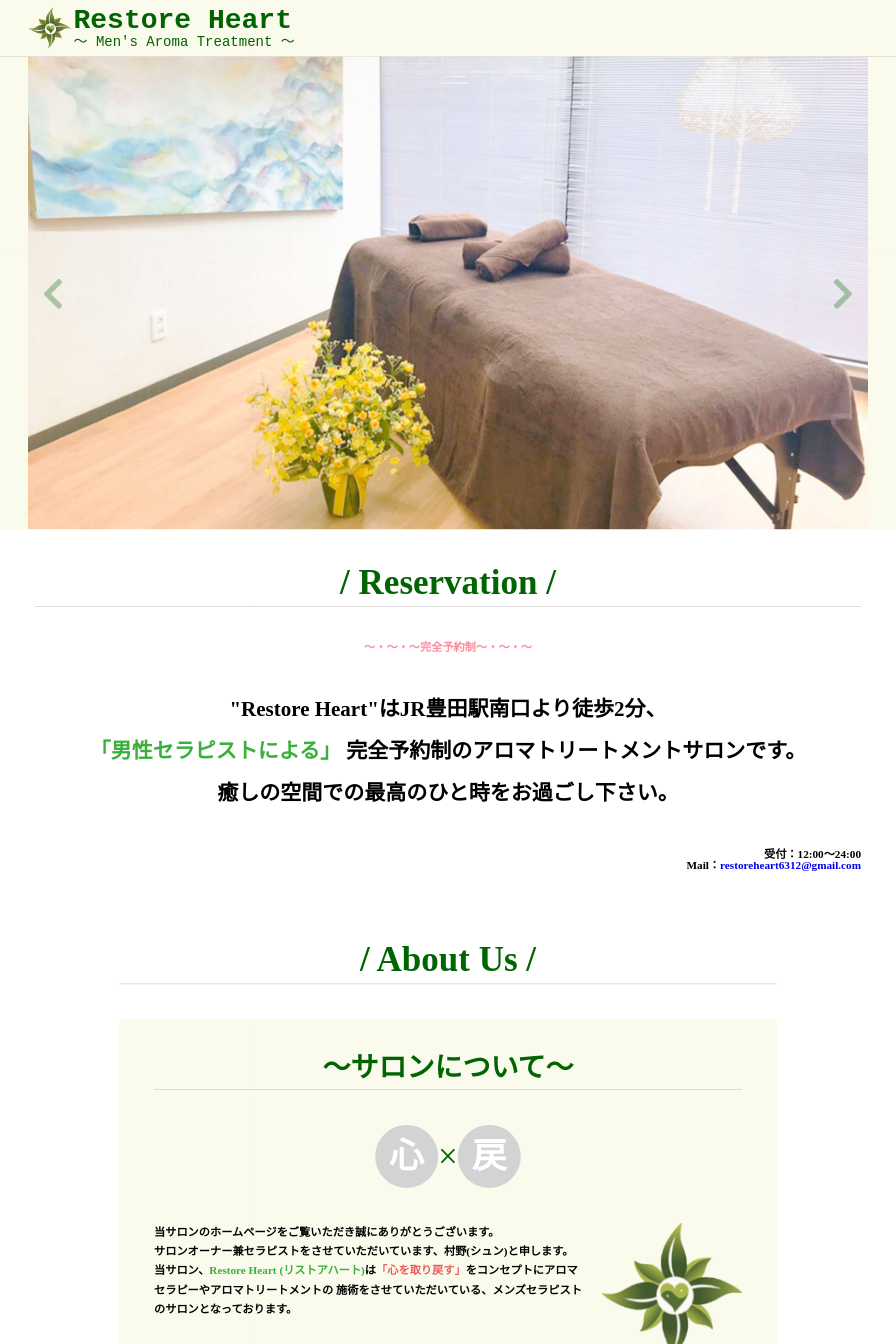
Repository: yj2222/salonApp
Page: index.html
The author's editor kept a copy of each file at every save. The page is drawn from the files as they stood at one save, then again after the next save.
The browser window is 1280 px wide. The pictures show the part of the page from y = 0 to 1920 px (the page is 6454 px tall before and 5729 px after), at 70% of full size.
Some web fonts or font styles are not loaded; a fallback is used. Some web libraries are served in a nearby version.

Above is the page before, as saved 2021-01-01 00:33:38.

After the next save:
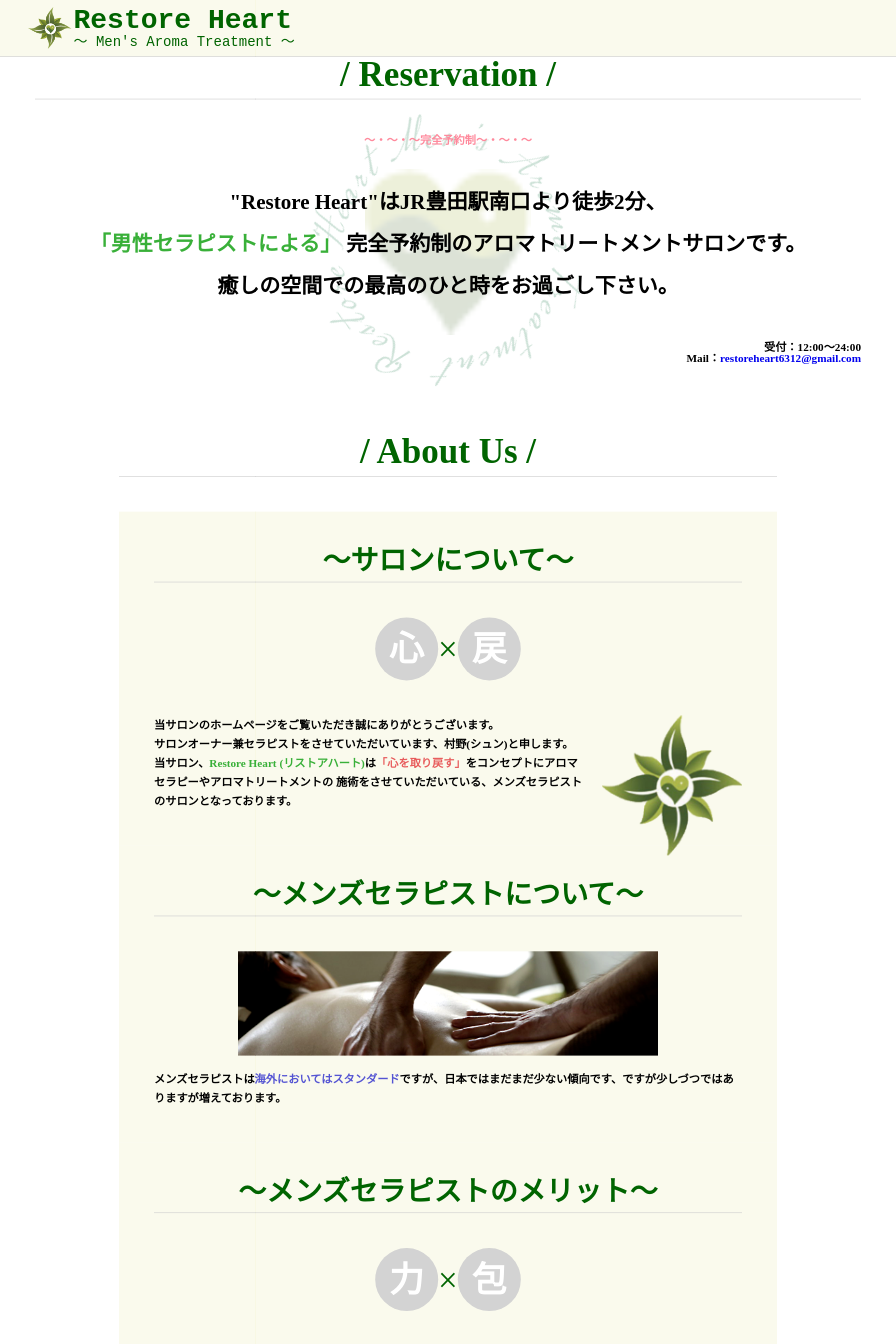
Console error: TypeError: Cannot read properties of null (reading 'addEventListener')
Saved 176 days later.
--- a/index.html
+++ b/index.html
@@ -26,17 +26,8 @@
   <!-- background animation -->
   <div class="bg-anime"></div>
   <div class="bg-anime2"></div>
-  <!-- slider -->
-  <div class="slider-wrap">
-    <div class="container">
-      <div class="slide active"><img src="./image/slide-image1.jpg"></div>
-      <div class="slide"><img src="./image/slide-image2.jpg"></div>
-      <div class="slide"><img src="./image/slide-image3.jpg"></div>
-      <div class="slide"><img src="./image/slide-image4.jpg"></div>
-      <i class="fas fa-chevron-left" id="prev"></i>
-      <i class="fas fa-chevron-right" id="next"></i>
-    </div>
-  </div>
+  <!-- slider(bxslider) -->
+
   <!-- information for reservation -->
   <section class="container reserv">
     <h2>/ Reservation /</h2>
